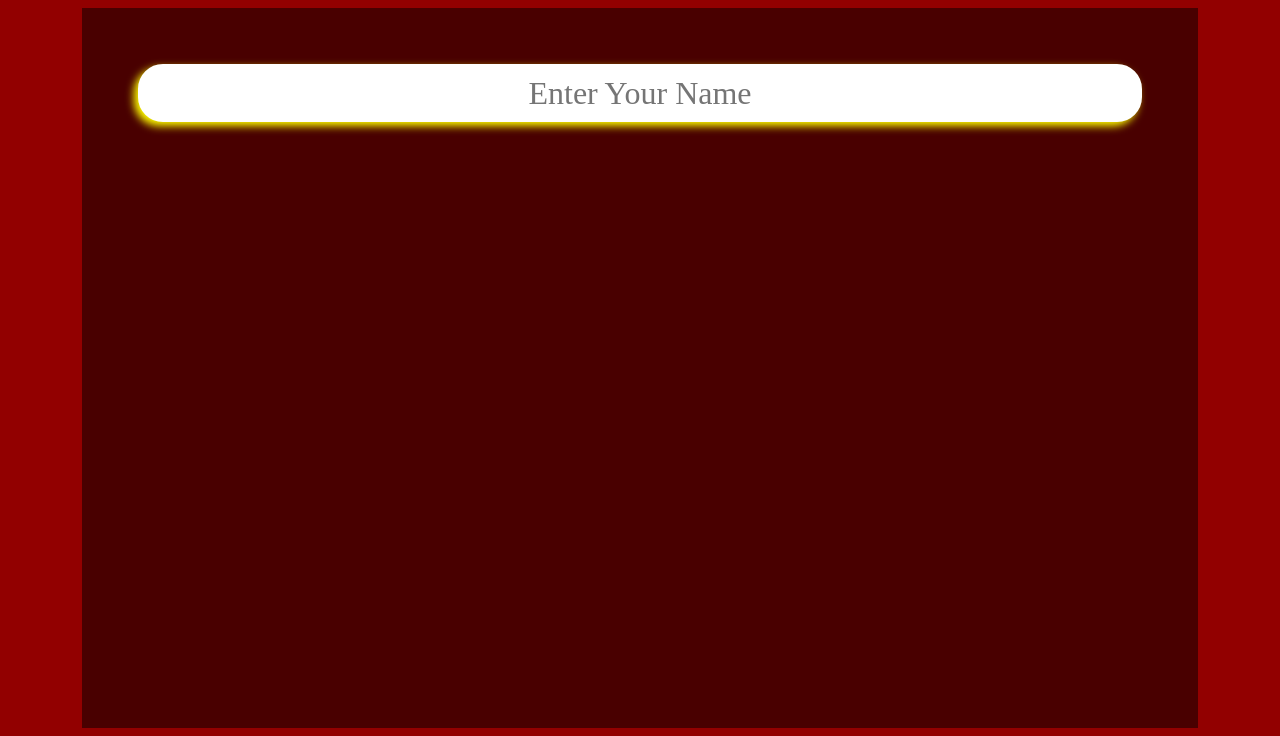
Repository: Haneef-Shaik/Greetings
Page: /
The author's editor kept a copy of each file at every save. The page is drawn from the files as they stood at one save, then again after the next save.
The browser window is 1280 px wide. The pictures show the whole page.
The project was rebuilt for these pictures with package versions that can differ from the ones it lists, and the page was loaded fresh each time. The framework's server and built-in components were replaced by stand-ins that run in the browser. Also part of the build but not shown: next.config.js, styles/card.module.scss, components/card.js, styles/socialShare.module.scss, components/socialShare.js.

Above is the page before, as saved 2021-12-01 20:11:41.

After the next save:
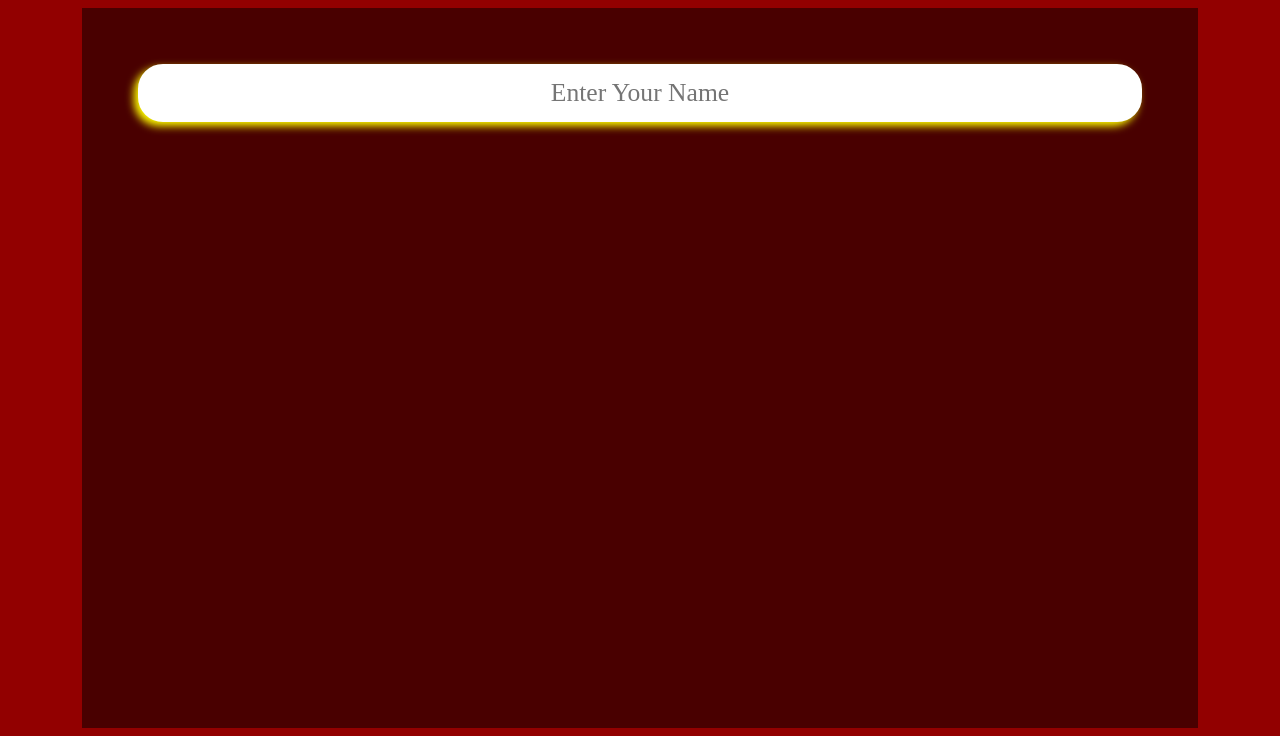
Saved 6 s later.
--- a/styles/form.module.scss
+++ b/styles/form.module.scss
@@ -5,7 +5,7 @@
     input{
         text-align:center;
         font-family: 'Times New Roman', Times, serif;
-        font-size:2rem;
+        font-size:1.6rem;
 
         border:5px solid #FFFFFF;
         border-radius:25px;
